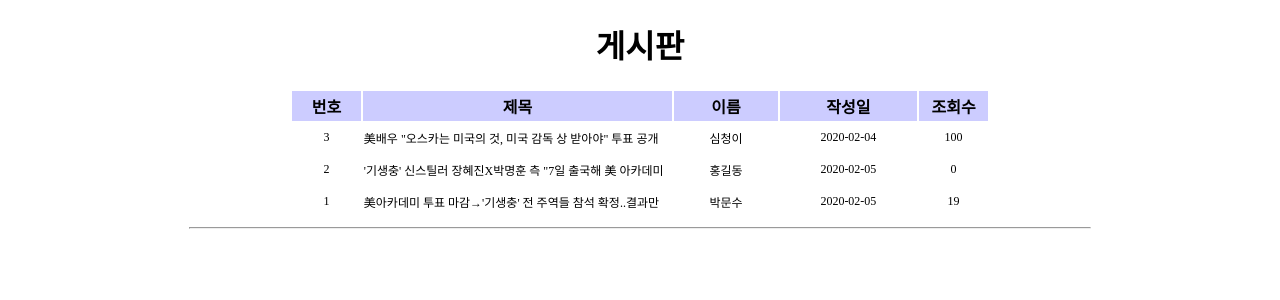
Repository: Rummikub/DBStudy
Page: HTML Project3/WebContent/html/list.html
An editor plug-in stored every save of this project. The page is shown before and after the next save, followed by the edit.
The browser window is 1280 px wide. The pictures show the whole page.

Above is the page before, as saved 2020-02-05 06:43:08.

### HTML Project3/WebContent/html/list.html
<!DOCTYPE html>
<html>
<head>
<meta charset="UTF-8">
<title>Insert title here</title>
<style type="text/css">
td {
	font-size:9pt
}</style>
</head>
<body>
	<center>
	 <h1>게시판</h1>
	 <table border=0 width=700>
	  <tr bgcolor="#ccccff" height="30">
	   <th width=10%>번호</th>
	   <th width=45%>제목</th>
	   <th width=15%>이름</th>
	   <th width=20%>작성일</th>
	   <th width=10%>조회수</th>
	  </tr>
	  <tr height="30">
	   <td width=10% align="center">3</td>
	   <td width=45%>美배우 "오스카는 미국의 것, 미국 감독 상 받아야" 투표 공개</td>
	   <td width=15% align="center">심청이</td>
	   <td width=20% align="center">2020-02-04</td>
	   <td width=10% align="center">100</td>
	  </tr>
	  <tr height="30">
	   <td width=10% align="center">2</td>
	   <td width=45%>'기생충' 신스틸러 장혜진X박명훈 측 "7일 출국해 美 아카데미</td>
	   <td width=15% align="center">홍길동</td>
	   <td width=20% align="center">2020-02-05</td>
	   <td width=10% align="center">0</td>
	  </tr>
	  <tr height="30">
	   <td width=10% align="center">1</td>
	   <td width=45%>美아카데미 투표 마감→'기생충' 전 주역들 참석 확정..결과만</td>
	   <td width=15% align="center">박문수</td>
	   <td width=20% align="center">2020-02-05</td>
	   <td width=10% align="center">19</td>
	  </tr>
	 </table>
	 <hr width=900>
	</center>
</body>
</html>

After the next save:
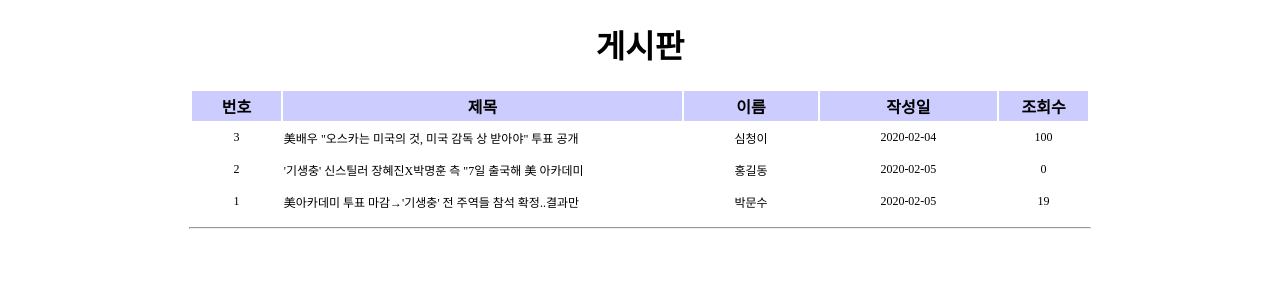
Saved 36 s later.
--- a/HTML Project3/WebContent/html/list.html
+++ b/HTML Project3/WebContent/html/list.html
@@ -11,7 +11,7 @@
 <body>
 	<center>
 	 <h1>게시판</h1>
-	 <table border=0 width=700>
+	 <table border=0 width=900>
 	  <tr bgcolor="#ccccff" height="30">
 	   <th width=10%>번호</th>
 	   <th width=45%>제목</th>
